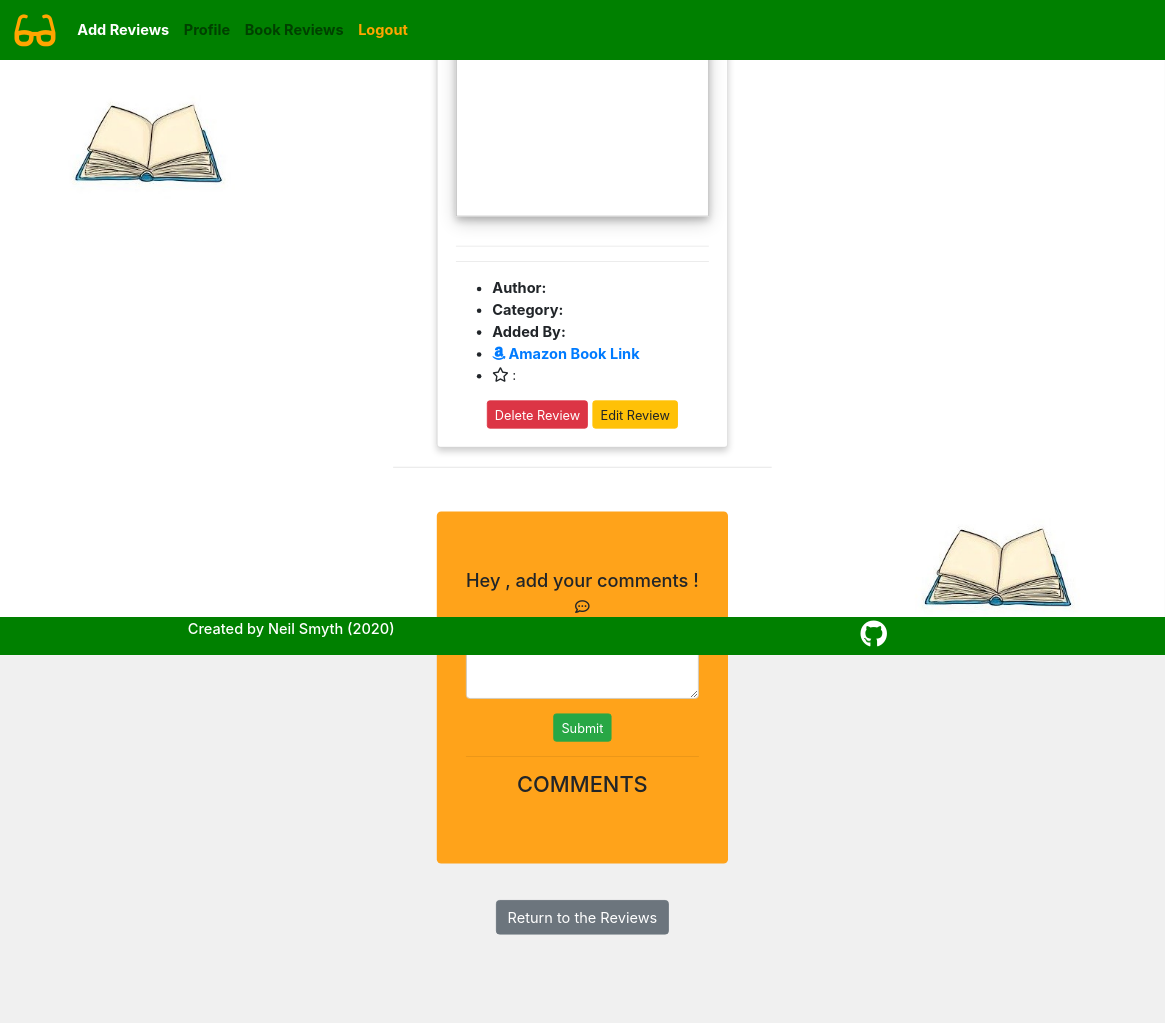
Repository: NeiloErnesto89/Data_Centric_Dev_Milestone_Project3
Page: templates/individual_book.html
The author's editor kept a record of every edit. The page is drawn from the files as they stood at one moment, then again after the next edit.
The browser window is 1280 px wide. The pictures show the whole page, at 91% of full size.
Backgrounds fixed to the window are drawn as part of the page. Some web libraries are served in a nearby version. The template is drawn by Flask 3. The application's start-up code is not run. The template is opened directly, without the code that normally fills it, so the values that code supplies are empty.

Above is the page before.

After the next edit:
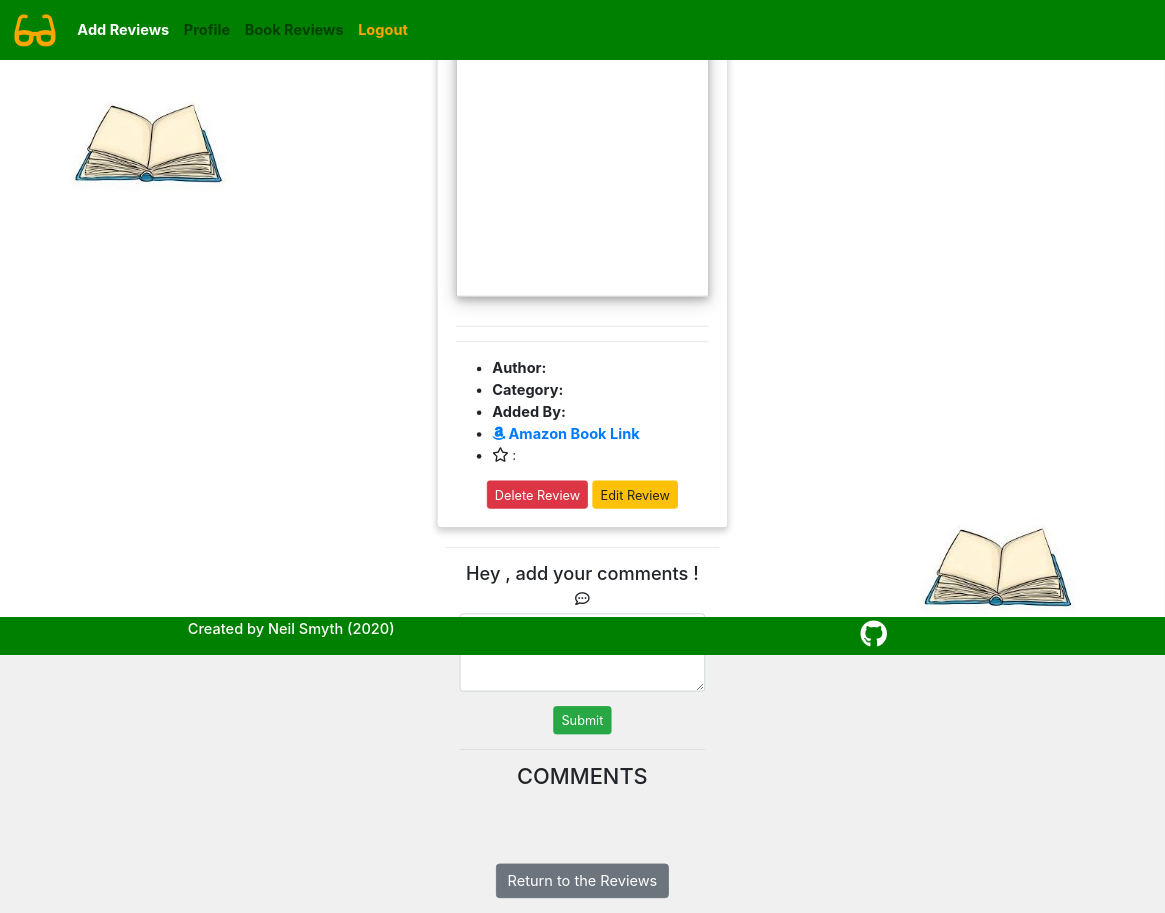
The edit:
--- a/templates/individual_book.html
+++ b/templates/individual_book.html
@@ -147,8 +147,8 @@
     <!-- </div>  container -->
     <hr>
 
-    <div class="container-fixed">
-        <div class="jumbotron jumbotron-shape justify-content-center">
+    <div class="container vertical-center">
+
 
             <div class="row">
                 <div class="col-12 text-center">
